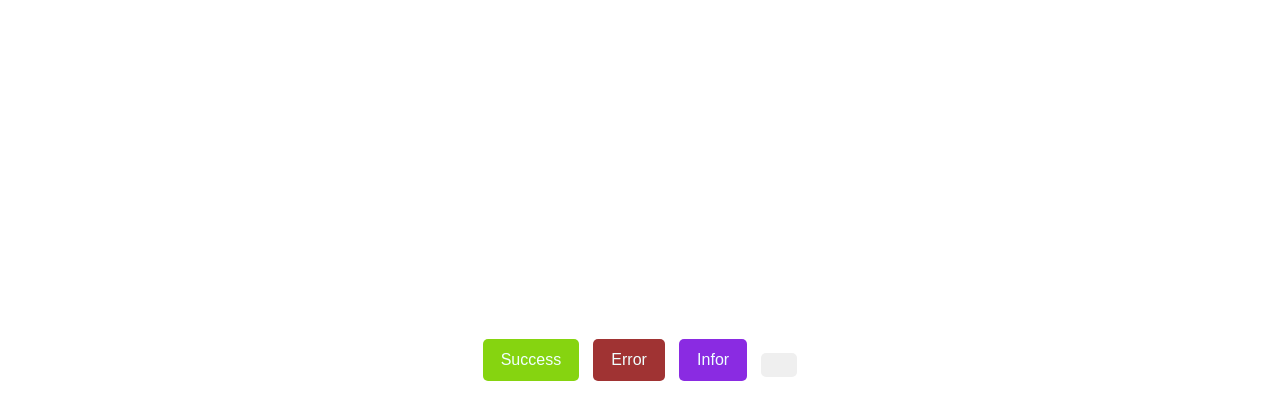
Repository: thuynguyen0964/Toast-Cooler
Page: index.html
The author's editor kept a copy of each file at every save. The page is drawn from the files as they stood at one save, then again after a run of saves.
The browser window is 1280 px wide. The pictures show the whole page.

Above is the page before, as saved 2023-01-27 16:38:34.

After the next 2 saves:
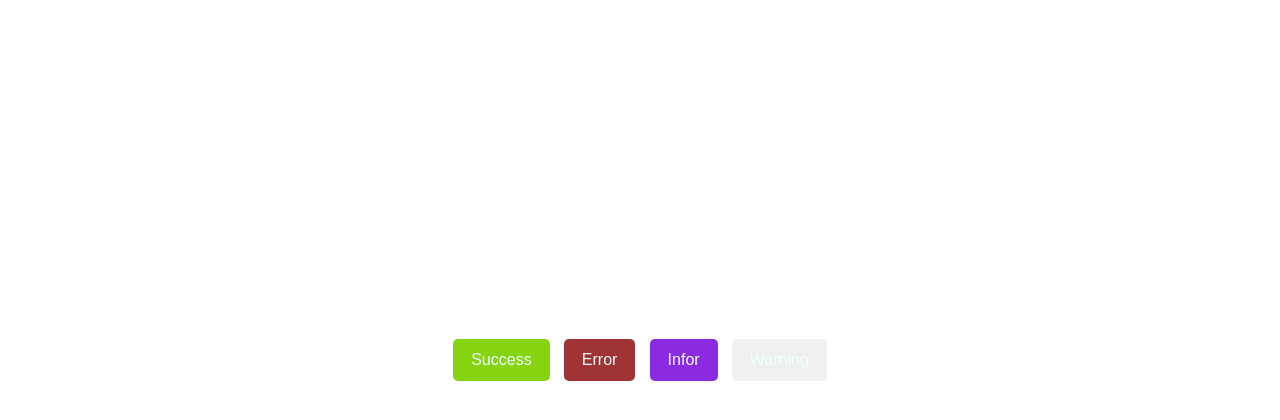
The 2 saves are shown as one change because they came seconds apart.
The last was saved 7 s later.
--- a/index.html
+++ b/index.html
@@ -23,7 +23,7 @@
         <button class="btn" id="Success">Success</button>
         <button class="btn" id="Error">Error</button>
         <button class="btn" id="Infor">Infor</button>
-        <button class="btn" id="Warning"></button>
+        <button class="btn" id="Warning">Warning</button>
     </div>
 
     <script src="./app/main.js"></script>
